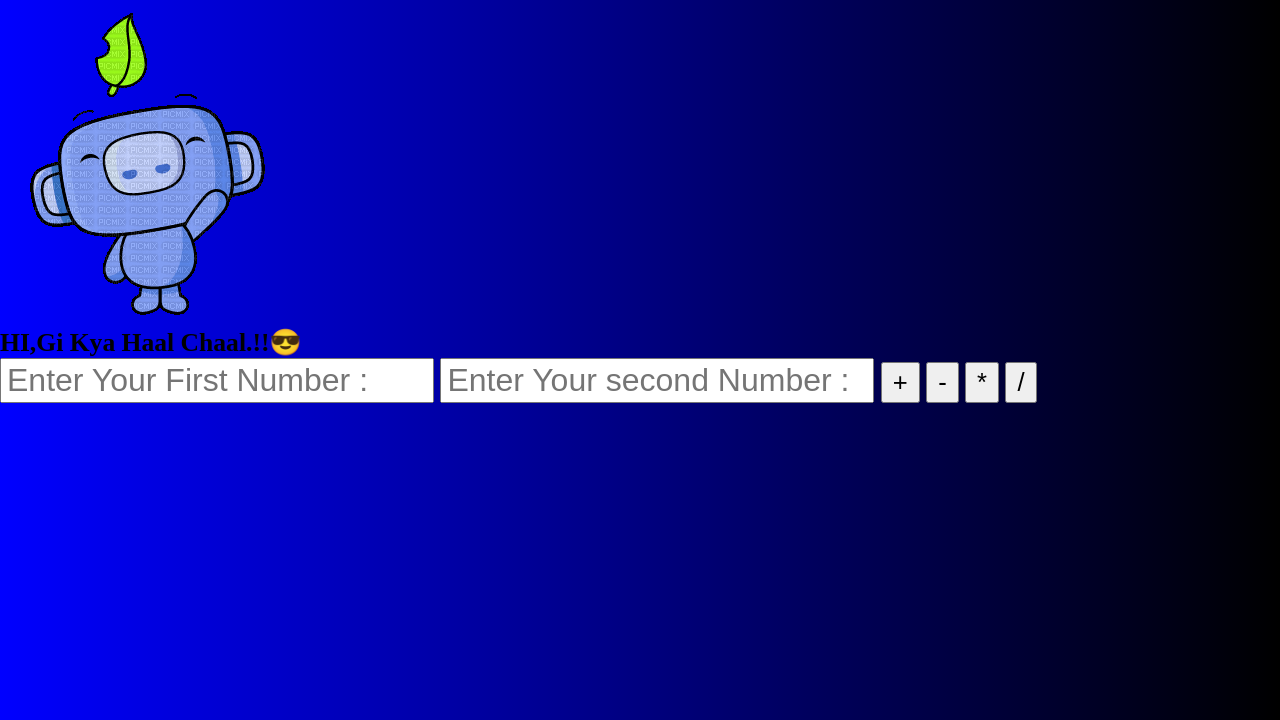
Repository: Deepak-Mane1902/simple-Calculator-using-JSP-Servlet
Page: http://localhost/webProject/
The author's editor kept a copy of each file at every save. The page is drawn from the files as they stood at one save, then again after the next save.
The browser window is 1280 px wide. The pictures show the whole page.
The page is served by Tomcat 9.

Above is the page before, as saved 2024-12-15 06:45:14.

After the next save:
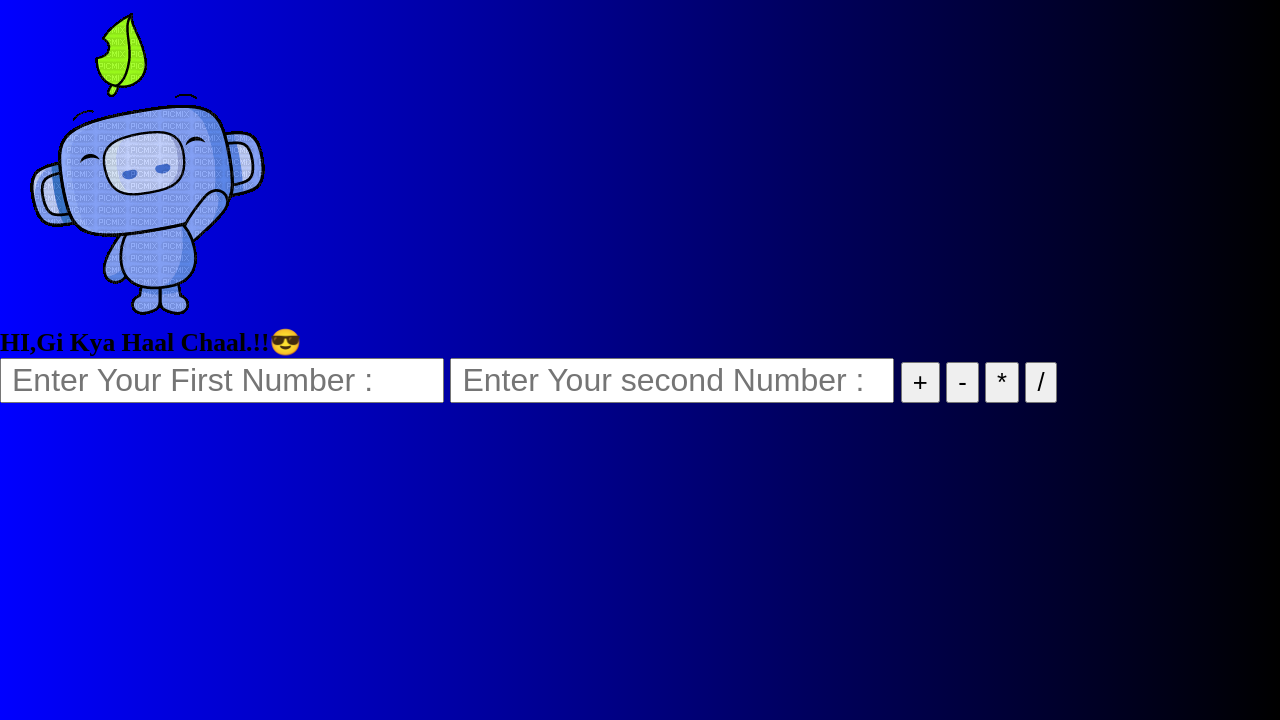
Saved 8 s later.
--- a/webProject/src/main/webapp/style.css
+++ b/webProject/src/main/webapp/style.css
@@ -19,7 +19,7 @@
 }
 input{
 	font-size:2.5vw;
-	padding:2px 5px;
+	padding:2px 10px;
 }
 button{
 	text-align:center;
